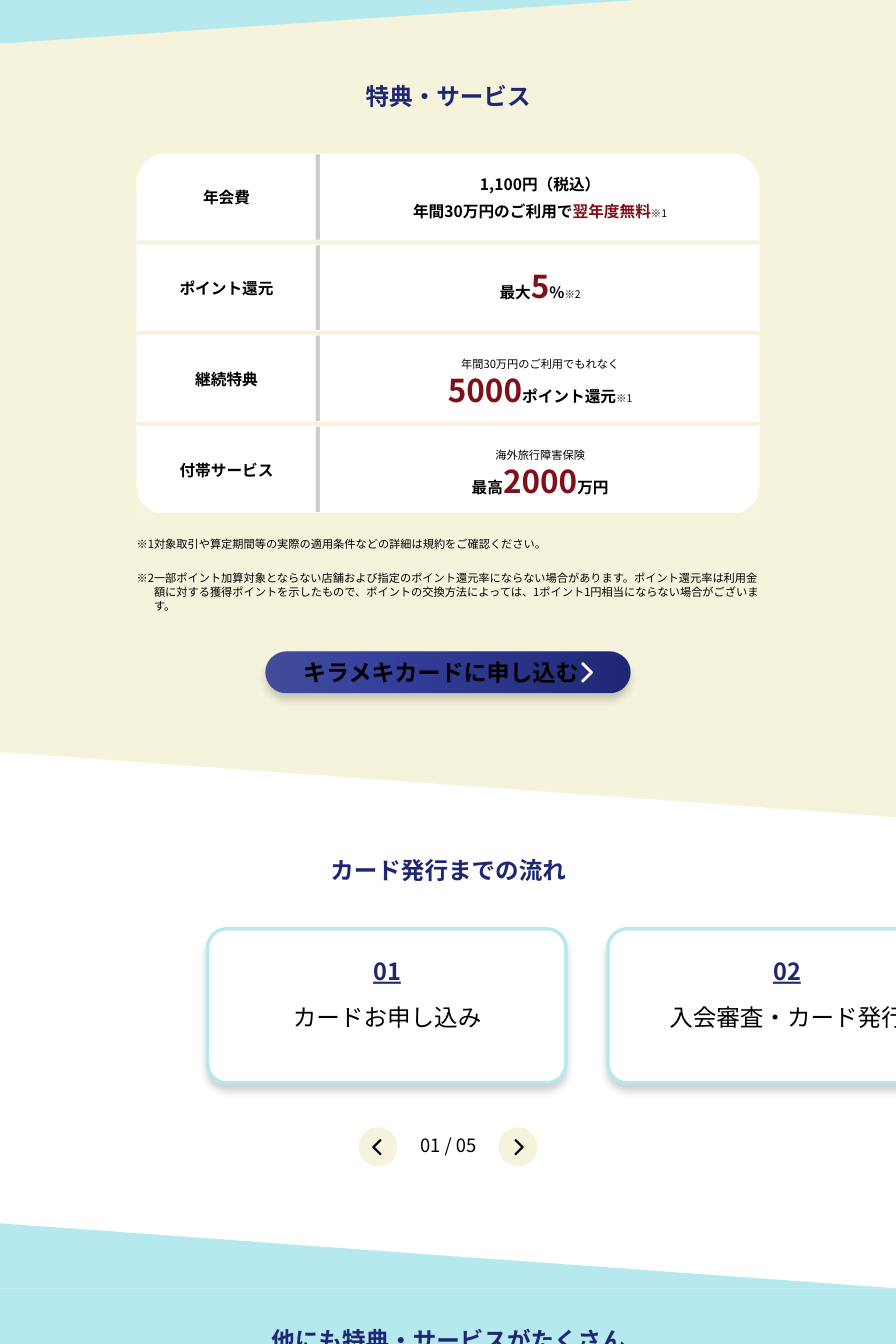
Repository: ryu-nuno/tech_academy_subwork
Page: kadai-kirameki-card-main/index.html
The author's editor kept a record of every edit. The page is drawn from the files as they stood at one moment, then again after the next edit.
The browser window is 1280 px wide. The pictures show the part of the page from y = 1769 to 3689 px (the page is 6409 px tall), at 70% of full size.
Some web libraries are served in a nearby version.

Above is the page before.

After the next edit:
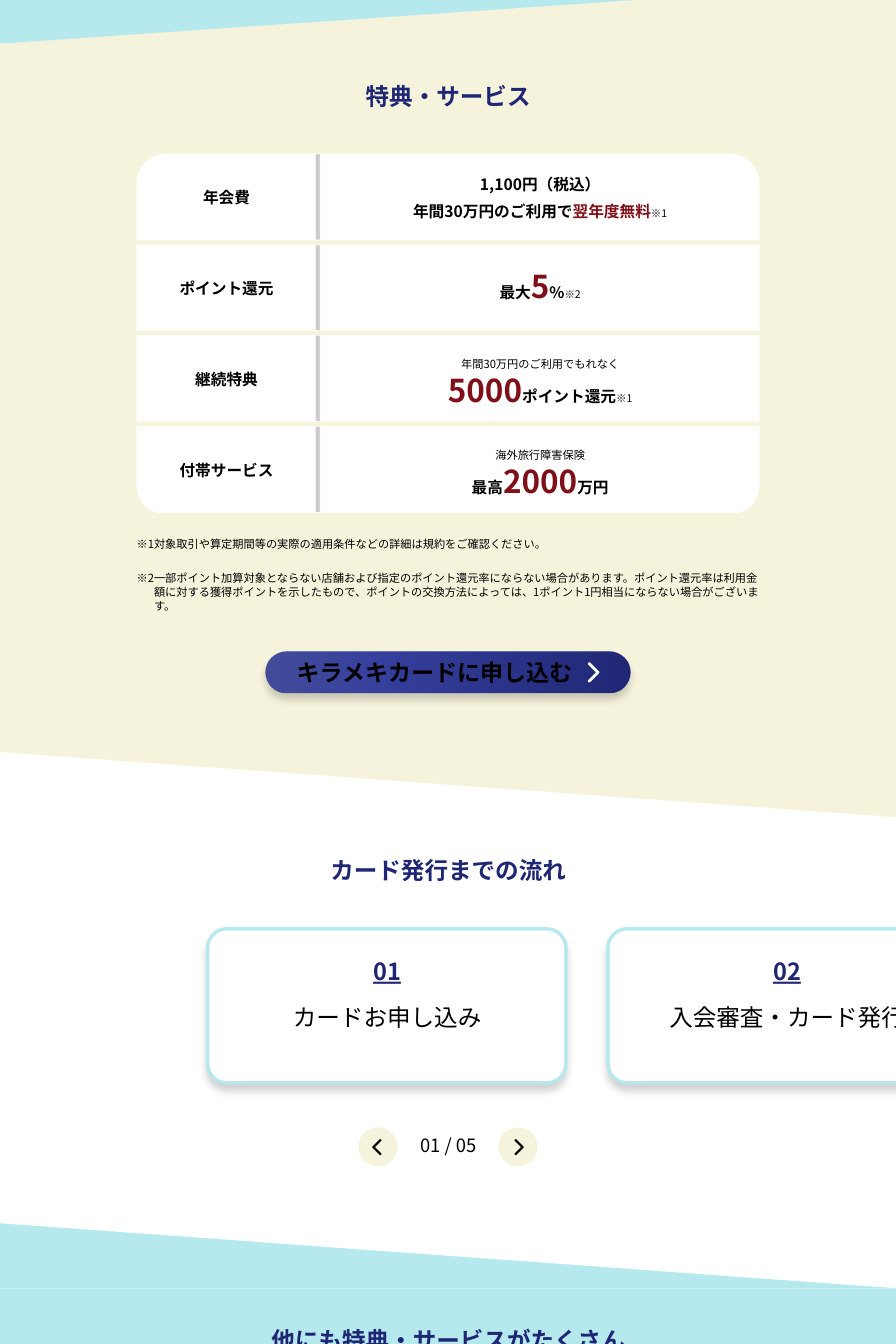
The edit:
--- a/kadai-kirameki-card-main/index.html
+++ b/kadai-kirameki-card-main/index.html
@@ -147,7 +147,7 @@
           <div class="supplement"><span class="spp_no">※2</span><span class="spp_p"> 一部ポイント加算対象とならない店舗および指定のポイント還元率にならない場合があります。ポイント還元率は利用金額に対する獲得ポイントを示したもので、ポイントの交換方法によっては、1ポイント1円相当にならない場合がございます。</span></div>
 
 
-              <div class="application_button_l"><a href="#">キラメキカードに申し込む</a><i class="fas fa-chevron-right"></i></div>
+              <div class="application_button_l"><span class="ad_right"><a href="#">キラメキカードに申し込む</a></span><i class="fas fa-chevron-right"></i></div>
            </section>
 
            <section class="flow">
